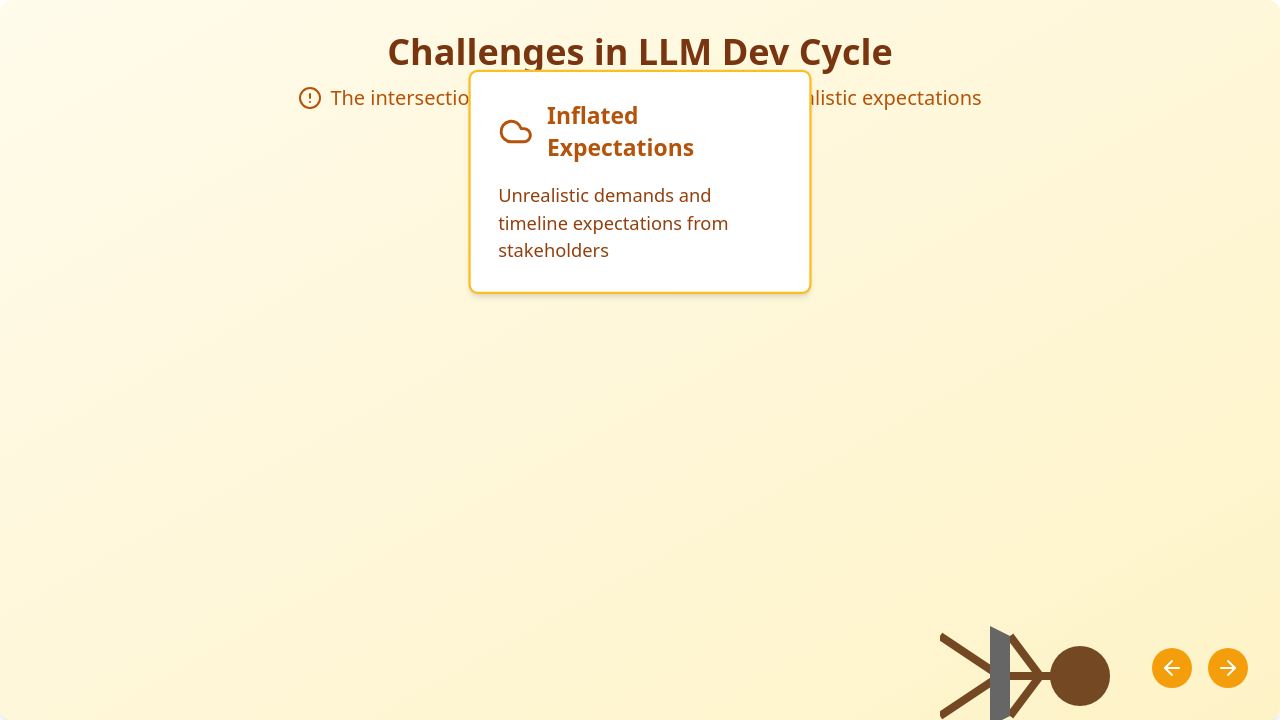
Repository: Galbaz1/dell_presentation
Page: /slide2
An editor plug-in stored every save of this project. The page is shown before and after the next save, followed by the edit.
The browser window is 1280 px wide. The pictures show the whole page.
The project was rebuilt for these pictures with package versions that can differ from the ones it lists, and the page was loaded fresh each time. The framework's server and built-in components were replaced by stand-ins that run in the browser. Also part of the build but not shown: styles/animations/slide1.css, styles/animations/slide2.css.

Above is the page before, as saved 2024-11-11 16:19:35.

After the next save:
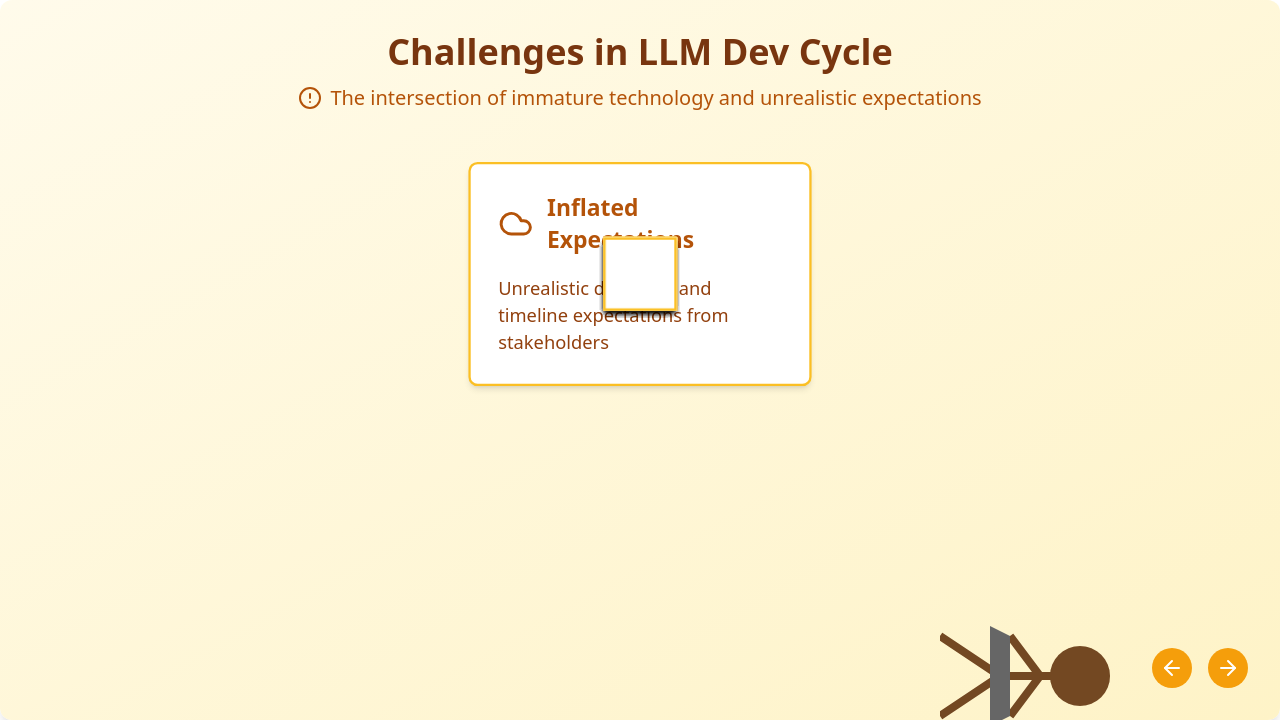
Saved 1 s later.
--- a/styles/globals.css
+++ b/styles/globals.css
@@ -78,13 +78,9 @@
   0% {
     transform: translate(0, 0) rotate(0);
     opacity: 1;
-    visibility: hidden;
-  }
-  0.1% {
-    visibility: visible;
   }
   100% {
-    transform: translate(var(--tx), var(--ty)) rotate(var(--tr));
+    transform: translate(var(--tx), 1000px) rotate(var(--tr));
     opacity: 0;
   }
 }
@@ -101,7 +97,7 @@
 }
 
 .explosion-piece {
-  visibility: hidden;
+  position: absolute;
   animation: explodePiece 2s cubic-bezier(0.4, 0, 0.2, 1) forwards;
   animation-delay: 16s; /* 5s wait + 8s growth + 3s wait */
 }
